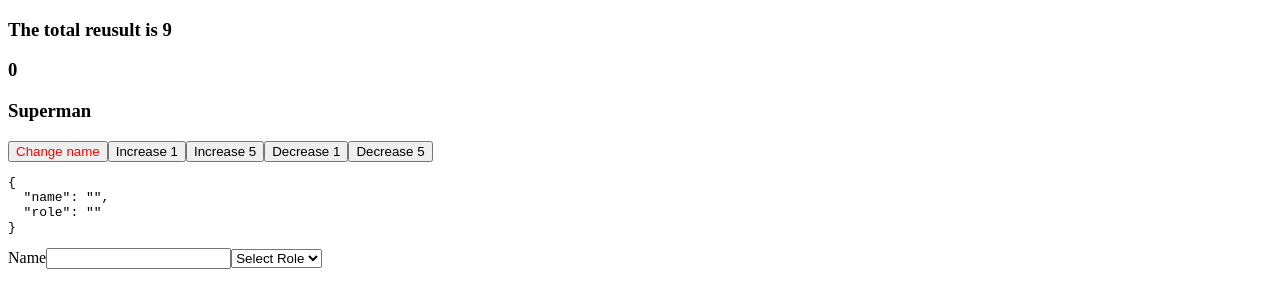
Repository: KZH2001/Vue_Practice
Page: / (app in Tutorial/)
These files come from the project's save history. The page is drawn as it stood at one moment and after the next save; the edit follows.
The browser window is 1280 px wide. The pictures show the whole page.
The project was rebuilt for these pictures with package versions that can differ from the ones it lists, and the page was loaded fresh each time. Also part of the build but not shown: Tutorial/vite.config.js.

Above is the page before, as saved 2026-01-19 22:55:06.

### Tutorial/src/App.vue


  <template>
  <h3>The total reusult is {{ add(2,3,4) }}</h3>
  <h3>{{ number  }}</h3>

  <h3>{{ name }}</h3>
  <button  v-bind:style="{color:color}" v-on:click="name = 'Batman'">Change name</button>
  <button @click="increaseNumber(1)">Increase 1</button>
  <button @click="increaseNumber(5)">Increase 5</button>
  <button @click="decreaseNumber(1)">Decrease 1</button>
  <button @click="decreaseNumber(5)">Decrease 5</button>

  <pre>{{ JSON.stringify(formValues, null, 2) }}</pre>


  <form action="">
    <label for="name">Name</label>
    <input v-model="formValues.name" id="name" type="text">

    <select name="" id="" >
      <option value="">Select Role</option>
      <option value="web">Web</option>
      <option value="network">Network</option>

    </select>
  </form>
  </template>

  <style scoped>

  </style>

  <script >
    export default{


      data(){
        return{
          name: 'Superman',
          color: 'red',
          number: 0,
          formValues: {
            name: '',
            role: '',
          }
        }
      },
      methods: {
      add(a,b,c){
        return a+b+c
      },

      increaseNumber(num){
        this.number += num
      },

      decreaseNumber(num){
        this.number -= num
      }

    }

  }

  </script>

Loaded but not shown: Tutorial/index.html (common file); Tutorial/src/main.js (common file)

After the next save:
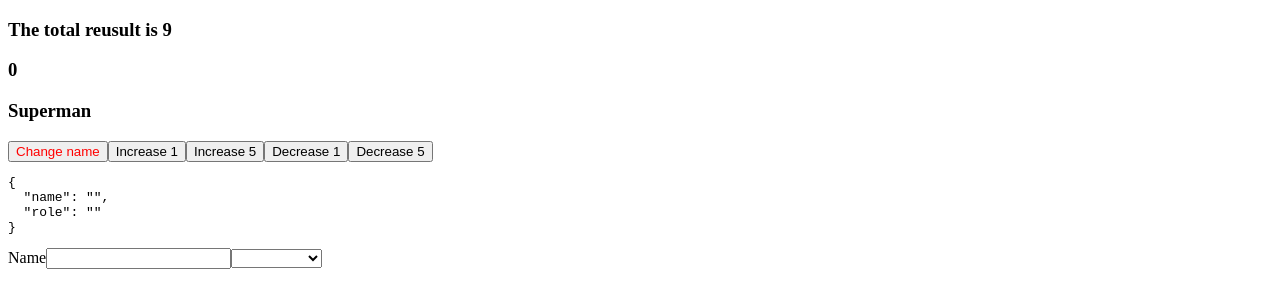
Saved 6 s later.
--- a/Tutorial/src/App.vue
+++ b/Tutorial/src/App.vue
@@ -18,7 +18,7 @@
     <label for="name">Name</label>
     <input v-model="formValues.name" id="name" type="text">
 
-    <select name="" id="" >
+    <select name="" id="" v-model="form">
       <option value="">Select Role</option>
       <option value="web">Web</option>
       <option value="network">Network</option>

After the 3 saves that followed:
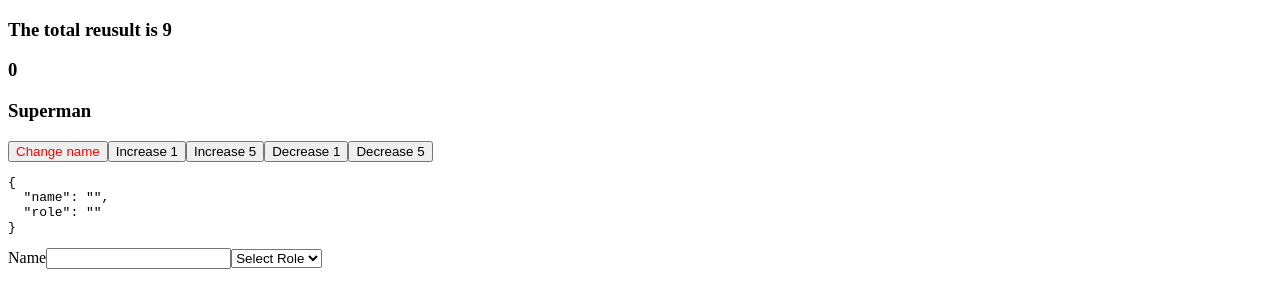
The 3 saves are shown as one change because they came seconds apart.
The last was saved 11 s later.
--- a/Tutorial/src/App.vue
+++ b/Tutorial/src/App.vue
@@ -18,7 +18,7 @@
     <label for="name">Name</label>
     <input v-model="formValues.name" id="name" type="text">
 
-    <select name="" id="" v-model="form">
+    <select name="" id="" v-model="formValues.role">
       <option value="">Select Role</option>
       <option value="web">Web</option>
       <option value="network">Network</option>
